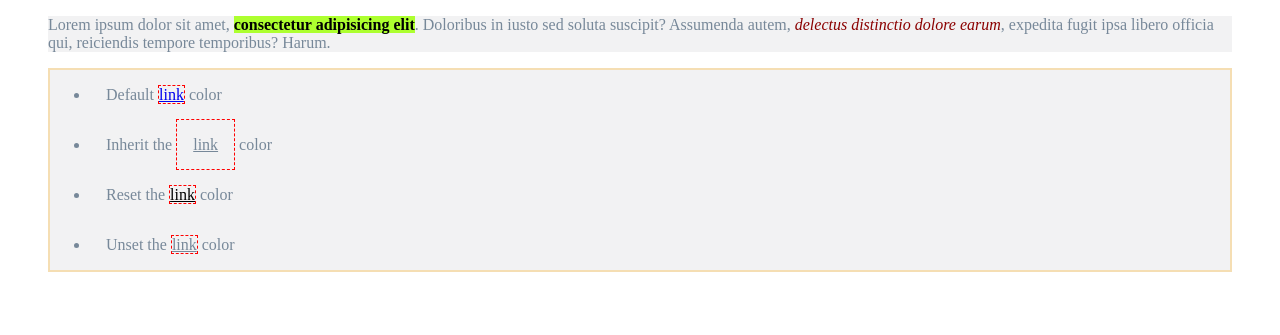
Repository: CryptoFamilyNFT/develhope
Page: css/css_1/start/index.html
The author's editor kept a copy of each file at every save. The page is drawn from the files as they stood at one save, then again after the next save.
The browser window is 1280 px wide. The pictures show the whole page.

Above is the page before, as saved 2024-11-07 11:56:24.

### css/css_1/start/index.html
<!DOCTYPE html>
<html>

	<head>
		<meta http-equiv="X-UA-Compatible" content="IE=edge"/>
		<meta charset="utf-8"/>
		<meta name="viewport" content="width=device-width, initial-scale=1.0, maximum-scale=1.0, user-scalable=no"/>
		<title>Lezione CSS</title>
		<link rel="stylesheet" href="style.css"/>
	</head>

	<body>

		<blockquote class="content1">
			<p class="content">Lorem ipsum dolor sit amet,
				<em class="variant-em">consectetur adipisicing elit</em>. Doloribus in iusto sed soluta
			   suscipit? Assumenda autem, <em>delectus distinctio dolore earum</em>,
			   expedita fugit ipsa libero officia qui, reiciendis tempore temporibus? Harum.
			</p>
		</blockquote>

		<blockquote>
			<ul>
				<li>Default <a href="#">link</a> color</li>
				<li class="link1">Inherit the <a href="#">link</a> color</li>
				<li class="link2">Reset the <a href="#">link</a> color</li>
				<li class="link3">Unset the <a href="#">link</a> color</li>
			</ul>
		</blockquote>

	</body>

</html>

### css/css_1/start/style.css
body {
  color: lightslategray;
}

blockquote {
  background-color: rgba(0, 12, 24, 0.05);
}

a {
  border: 1px dashed red;
}

em {
  color: darkred;
}

.variant-em {
  background-color: greenyellow;
  color: black;
  font-weight: bold;
  font-style: inherit;
}

ul {
  background-color: unset;
  border: 2px solid wheat;
}

ul li {
  padding: 16px;
}

.link1 a {
  color: inherit;
  padding: inherit;
}

.link2 a {
  color: initial;
  padding: initial;
}

.link3 a {
  color: unset;
  padding: unset;
}

.content p {
  padding: 10px;
  color: aqua;
  border: 2px solid greenyellow;
}

After the next save:
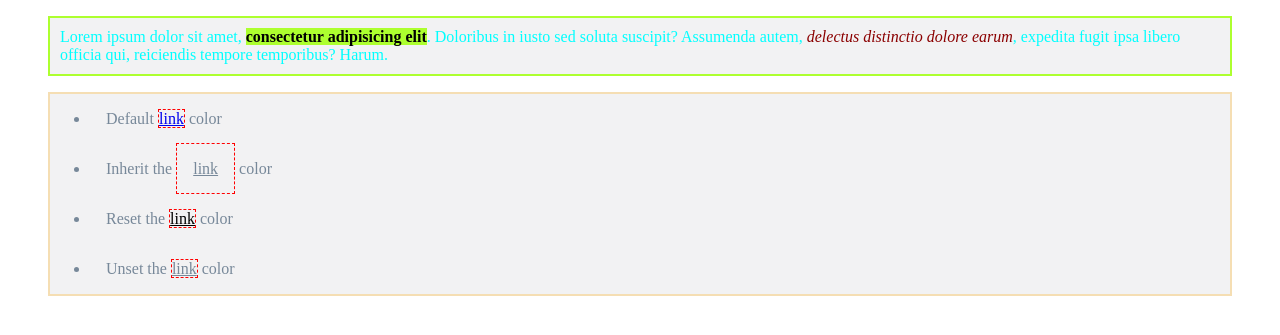
Saved 7 s later.
--- a/css/css_1/start/style.css
+++ b/css/css_1/start/style.css
@@ -45,7 +45,7 @@ ul li {
   padding: unset;
 }
 
-.content p {
+.content {
   padding: 10px;
   color: aqua;
   border: 2px solid greenyellow;

After the save that followed:
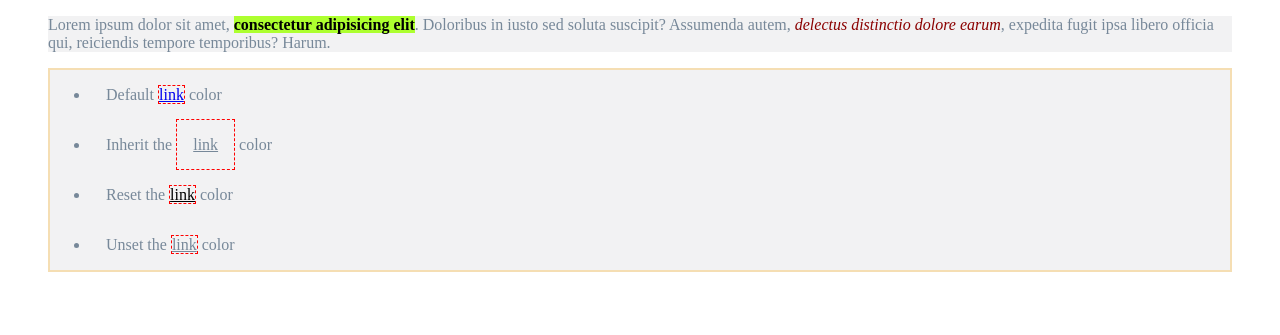
Saved 19 s later.
--- a/css/css_1/start/style.css
+++ b/css/css_1/start/style.css
@@ -45,8 +45,8 @@ ul li {
   padding: unset;
 }
 
-.content {
+.content p{
   padding: 10px;
+  border: 2px solid greenyellow;
   color: aqua;
-  border: 2px solid greenyellow;
 }
